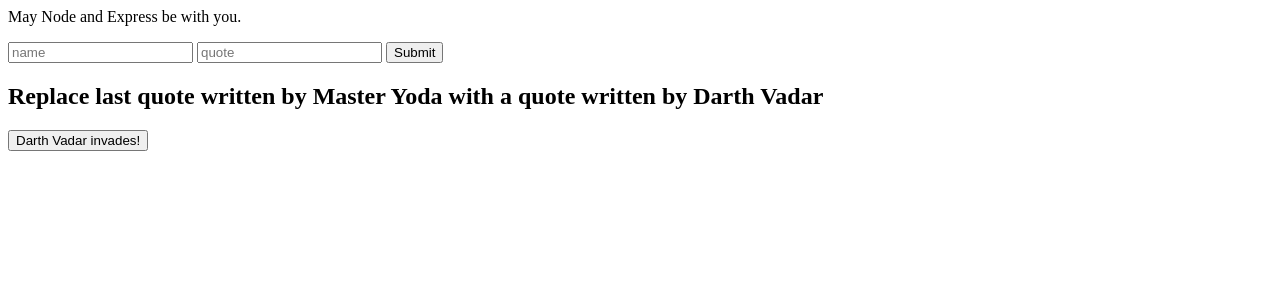
Repository: devsweeting/Express-MongoDb-Practice
Page: http://localhost/
An editor plug-in stored every save of this project. The page is shown before and after the next save, followed by the edit.
The browser window is 1280 px wide. The pictures show the whole page.
The page is served by the project's Node server (server.js). Queries for data that is not in the repository find no rows.

Above is the page before, as saved 2019-04-29 15:25:13.

### views/index.ejs
<!DOCTYPE html>
<html lang="en">
<head>
    <meta charset="UTF-8">
    <title>Crud/Express/Mongo</title>
</head>
    <body>
        May Node and Express be with you.
        <ul class="quotes">
            <% for(var i=0; i<quotes.length; i++) {%>
            <li class="quote">
                <span><%= quotes[i].name %></span>
                -
                <span><em>"<%= quotes[i].quote %>"</em></span>
            </li>
            <% } %>
        </ul>
        <form action="/quotes" method="POST">
            <input type="text" placeholder="name" name="name">
            <input type="text" placeholder="quote" name="quote">
            <button type="submit">Submit</button>
        </form>
        <div>
            <h2>Replace last quote written by Master Yoda with a quote written by Darth Vadar</h2>
            <button id="update"> Darth Vadar invades! </button>
        </div>
    <script src="main.js"></script>
    </body>
</html>

### server.js
const express = require('express');
const bodyParser = require('body-parser')
const MongoClient = require('mongodb').MongoClient
const app = express();

var db
var user = encodeURI('dev_sweets')
var password = encodeURI('naynay%4076')

MongoClient.connect(`mongodb+srv://${user}:${password}@mongodb-practice-ns9s9.mongodb.net/test?retryWrites=true`, (err, client) => {
    if (err) return console.log(err)
    db = client.db('MongoDb-Practice')
    app.listen(3000, () => {
        console.log('listening on 3000')
    })
})

app.set('view engine', 'ejs')
app.use(bodyParser.urlencoded({extended: true}))
app.use(bodyParser.json())
app.use(express.static('public'))


app.get('/', (req, res) => {
    db.collection('quotes').find().toArray((err, result) => {
        if (err) return console.log(err)
        // renders index.ejs
        res.render('index.ejs', { quotes: result })
    })
})



app.post('/quotes', (req, res) => {
    db.collection('quotes').save(req.body, (err, result) => {
        if (err) return console.log(err)

        console.log('saved to database')
        res.redirect('/')
    })
})

app.put('/quotes', (req, res) => {
    db.collection('quotes')
        .findOneAndUpdate({ name: 'Yoda' }, {
            $set: {
                name: req.body.name,
                quote: req.body.quote
            }
        }, {
                sort: { _id: -1 },
                upsert: true
            }, (err, result) => {
                if (err) return res.send(err)
                res.send(result)
            })
})

### public/main.js
var update = document.getElementById('update')

update.addEventListener('click', function () {
    fetch('quotes', {
        method: 'put',
        headers: { 'Content-Type': 'application/json' },
        body: JSON.stringify({
            'name': 'Darth Vader',
            'quote': 'I find your lack of faith disturbing.'
        })
    })
        .then(response => {
            if (response.ok) return response.json()
        })
        .then(data => {
            console.log(data)
        })
})

After the next save:
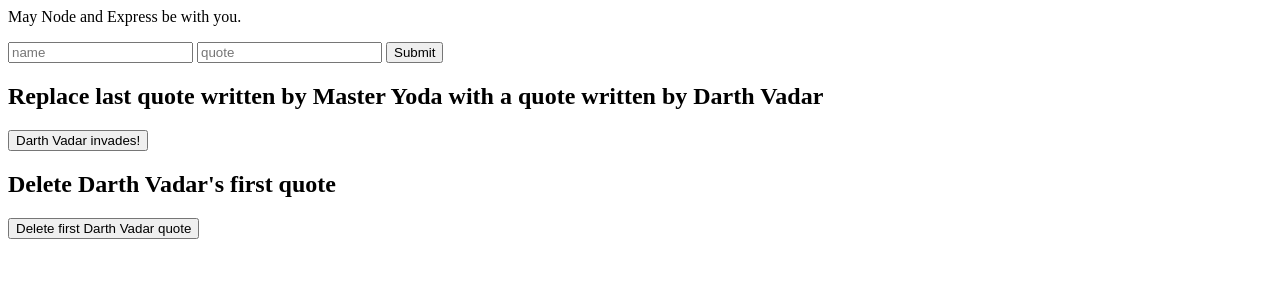
Saved 2 min 39 s later.
--- a/views/index.ejs
+++ b/views/index.ejs
@@ -24,6 +24,10 @@
             <h2>Replace last quote written by Master Yoda with a quote written by Darth Vadar</h2>
             <button id="update"> Darth Vadar invades! </button>
         </div>
+        <div>
+            <h2>Delete Darth Vadar's first quote</h2>
+            <button id="delete"> Delete first Darth Vadar quote </button>
+        </div>
     <script src="main.js"></script>
     </body>
 </html>
